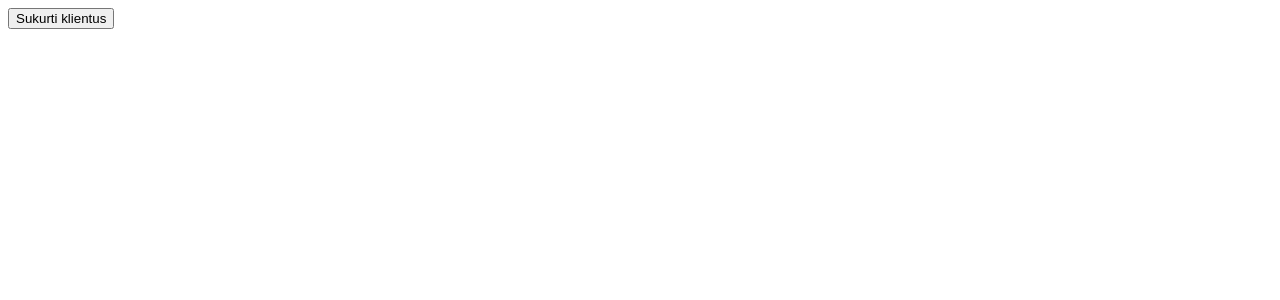
Repository: motiejus1/16-paskaita-PHP-05.31
Page: http://localhost/companiesSeed.php
These files come from the project's save history. The page is drawn as it stood at one moment and after a run of saves; the edit follows.
The browser window is 1280 px wide. The pictures show the whole page.
The page is run by PHP 8.4 with error messages shown; the project is at /var/www/html/.

Above is the page before, as saved 2021-09-09 18:13:57.

### companiesSeed.php
<!DOCTYPE html>
<html lang="lt">
<head>
    <meta charset="UTF-8">
    <meta http-equiv="X-UA-Compatible" content="IE=edge">
    <meta name="viewport" content="width=device-width, initial-scale=1.0">
    <title>Kompaniju generavimas</title>
</head>
<body>
    <form action="generateClients.php" method="get">
        <button type="submit" name="submit">Sukurti klientus</button>
    </form>
    <?php

// Sugeneruos 200 klientu i duomenu baze

    require_once("connection.php");

    if(isset($_GET["submit"])) {
        for ($i=0; $i<200; $i++) {

            $vardas = "vardas".$i;
            $pavarde = "pavarde".$i;
            $teises_id = rand(0, 5);

            $sql = "INSERT INTO `klientai`(`vardas`, `pavarde`, `teises_id`)
            VALUES ('$vardas','$pavarde','$teises_id')";

            if(mysqli_query($conn, $sql)) {
                echo "Vartotojas sukurtas sekmingai";
                echo "<br>";
            } else {
                echo "Kazkas ivyko negerai";
                echo "<br>";
            }
        }
    }

//INSERT komanda i klientai lentele 200 kartu


?>
</body>
</html>

### connection.php
<?php

$database_server = 'localhost';
$database_username = 'root';
$database_password = '';
$database_name = 'klientuvaldymosistema';

// Create connection using mysqli_connect()
$conn = mysqli_connect($database_server, $database_username, $database_password, $database_name);

// If $conn is false, connection is failed
if (!$conn ) {
  die("Failed to connect to MySQL: " . mysqli_connect_error());
}

mysqli_set_charset($conn,"utf8");
// else {
    // echo "Prisijungimas ivyko sekmingai";
// }

?>

After the next 3 saves:
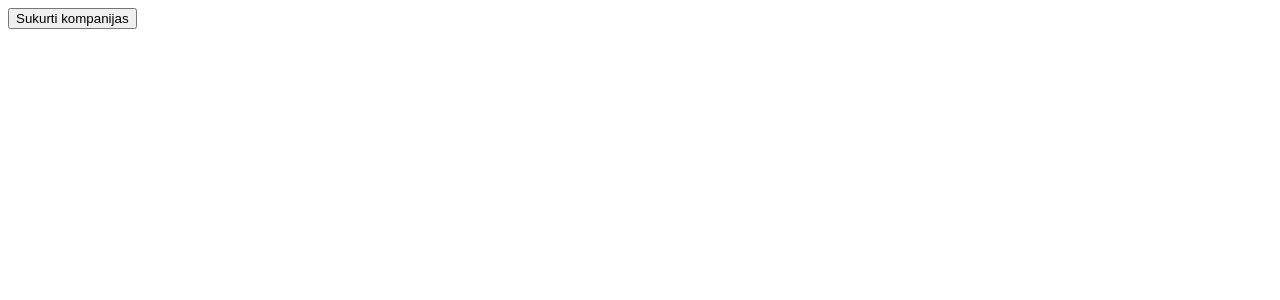
The 3 saves are shown as one change because they came seconds apart.
The last was saved 10 s later.
--- a/companiesSeed.php
+++ b/companiesSeed.php
@@ -8,11 +8,9 @@
 </head>
 <body>
     <form action="generateClients.php" method="get">
-        <button type="submit" name="submit">Sukurti klientus</button>
+        <button type="submit" name="submit">Sukurti kompanijas</button>
     </form>
     <?php
-
-// Sugeneruos 200 klientu i duomenu baze
 
     require_once("connection.php");
 
